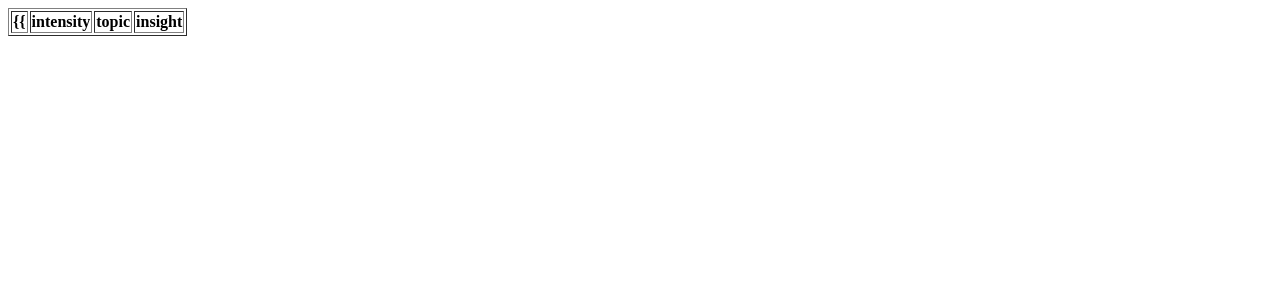
Repository: vijayholve/data-assignment
Page: http://localhost/
An editor plug-in stored every save of this project. The page is shown before and after the next save, followed by the edit.
The browser window is 1280 px wide. The pictures show the whole page.
The page is served by the project's application, run on Django 5.2 (manage.py). Queries for data that is not in the repository find no rows.

Above is the page before, as saved 2024-07-07 21:13:29.

After the next save:
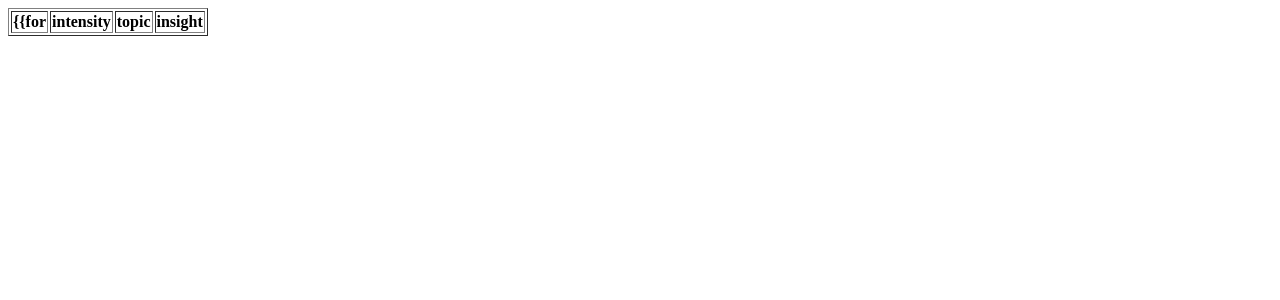
Saved 55 s later.
--- a/templates/base/home.html
+++ b/templates/base/home.html
@@ -3,7 +3,7 @@
      <table border="1">
         <thead>
             <tr>
-                <th>{{</th>
+                <th>{{for</th>
                 <th>intensity</th>
                     <th>topic</th>
                         <th>insight</th>
